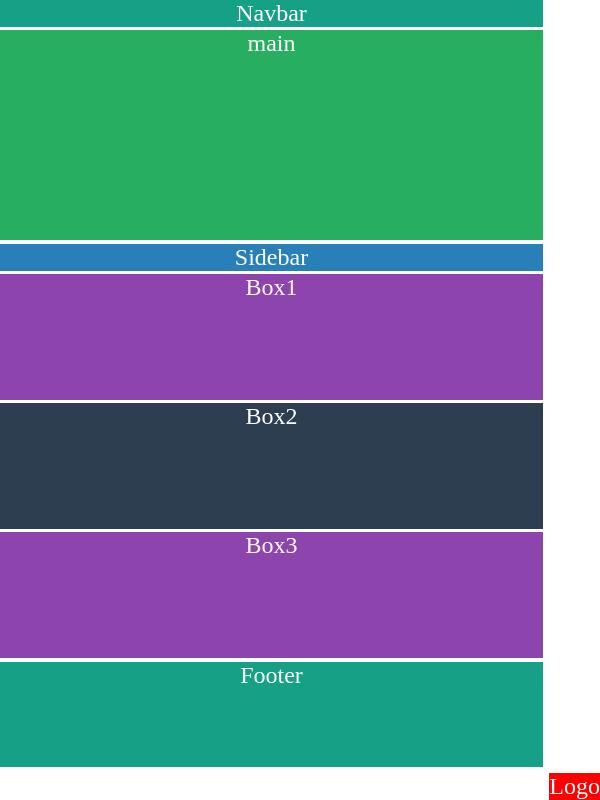
Repository: nazmulhaquep/WebDesign
Page: LayoutHtmlCss/index.html
These files come from the project's save history. The page is drawn as it stood at one moment and after the next save; the edit follows.
The browser window is 600 px wide. The pictures show the whole page.

Above is the page before, as saved 2023-11-26 13:23:03.

After the next save:
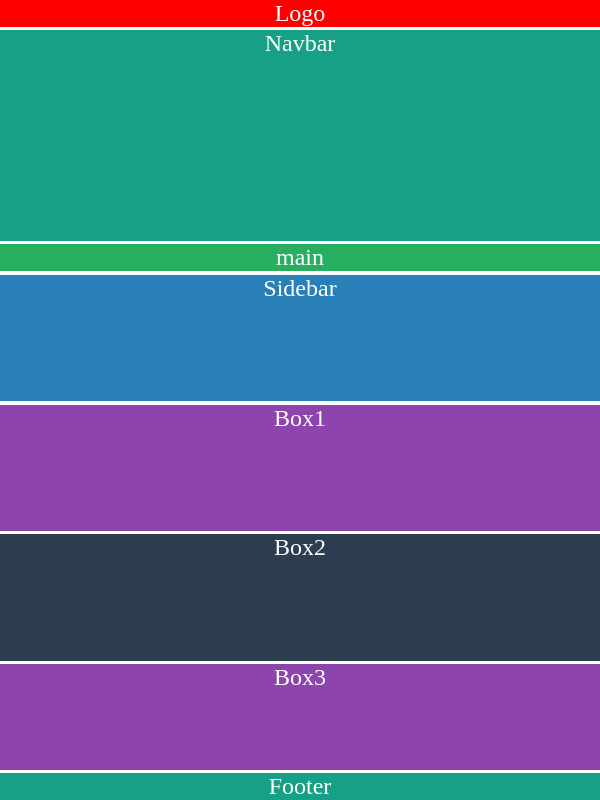
Saved 24 s later.
--- a/LayoutHtmlCss/style.css
+++ b/LayoutHtmlCss/style.css
@@ -61,7 +61,8 @@ footer{
         grid-template-columns: 1fr;
         /* define rows height */
         grid-template-rows: 0.2fr 2fr 0.2fr 1.2fr 1.2fr 1.2fr 1fr;
-        grid-template-areas:"navbar"
+        grid-template-areas:"logo"
+        "navbar"
         "main"
         "sidebar"
         "box1"
